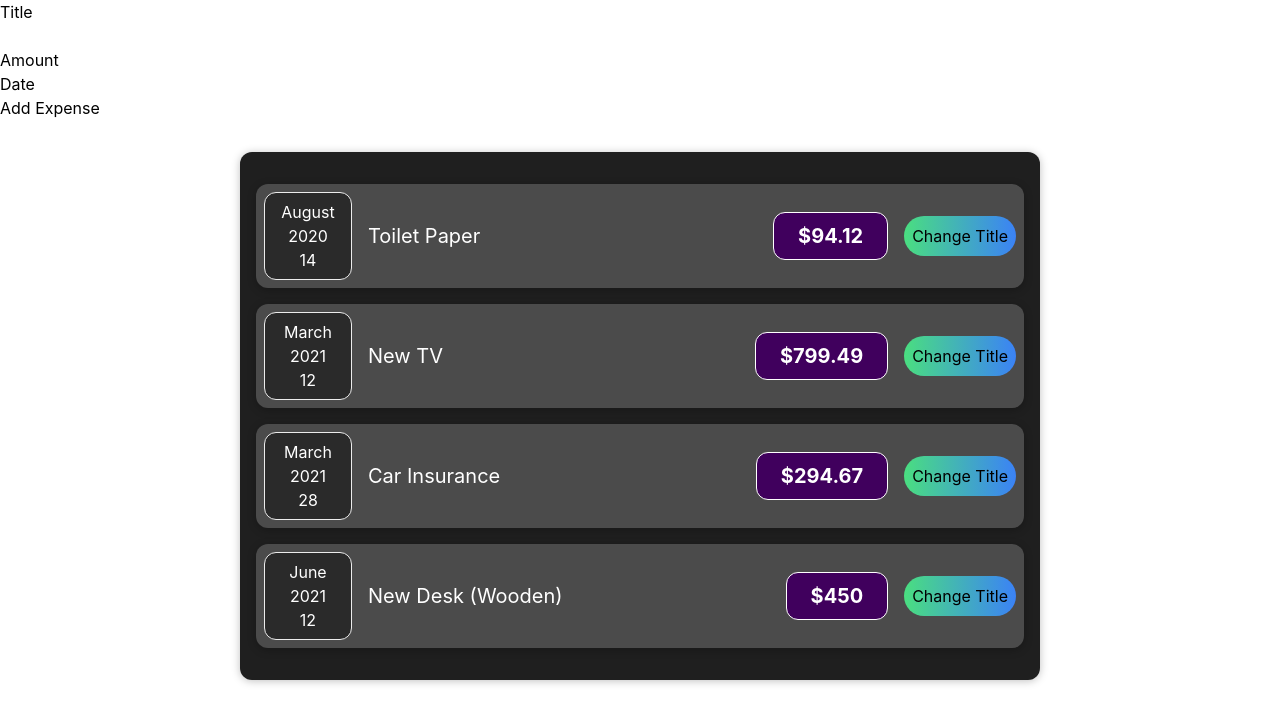
Repository: Sef24/expense-tracker
Page: /
An editor plug-in stored every save of this project. The page is shown before and after the next save, followed by the edit.
The browser window is 1280 px wide. The pictures show the whole page.
The project was rebuilt for these pictures with package versions that can differ from the ones it lists, and the page was loaded fresh each time. Also part of the build but not shown: src/components/NewExpense/NewExpense.css, src/components/NewExpense/ExpenseForm.css.

Above is the page before, as saved 2022-04-25 19:55:43.

### public/index.html
<!DOCTYPE html>
<html lang="en">
  <head>
    <meta charset="utf-8" />
    <link rel="icon" href="%PUBLIC_URL%/favicon.ico" />
    <meta name="viewport" content="width=device-width, initial-scale=1" />

    <meta
      name="description"
      content="Web site created using create-react-app"
    />
    <link rel="apple-touch-icon" href="%PUBLIC_URL%/logo192.png" />
    <!--
      manifest.json provides metadata used when your web app is installed on a
      user's mobile device or desktop. See https://developers.google.com/web/fundamentals/web-app-manifest/
    -->
    <link rel="manifest" href="%PUBLIC_URL%/manifest.json" />
    <!--
      Notice the use of %PUBLIC_URL% in the tags above.
      It will be replaced with the URL of the `public` folder during the build.
      Only files inside the `public` folder can be referenced from the HTML.

      Unlike "/favicon.ico" or "favicon.ico", "%PUBLIC_URL%/favicon.ico" will
      work correctly both with client-side routing and a non-root public URL.
      Learn how to configure a non-root public URL by running `npm run build`.
    -->
    <title>React App</title>
  </head>
  <body>
    <noscript>You need to enable JavaScript to run this app.</noscript>
    <div id="root"></div>
    <!--
      This HTML file is a template.
      If you open it directly in the browser, you will see an empty page.

      You can add webfonts, meta tags, or analytics to this file.
      The build step will place the bundled scripts into the <body> tag.

      To begin the development, run `npm start` or `yarn start`.
      To create a production bundle, use `npm run build` or `yarn build`.
    -->
  </body>
</html>

### src/App.js
import Expenses from "./components/Expenses";
import NewExpense from "./components/NewExpense/NewExpense";

function App() {
  const expenses = [
    {
      id: "e1",
      title: "Toilet Paper",
      amount: 94.12,
      date: new Date(2020, 7, 14),
    },
    { id: "e2", title: "New TV", amount: 799.49, date: new Date(2021, 2, 12) },
    {
      id: "e3",
      title: "Car Insurance",
      amount: 294.67,
      date: new Date(2021, 2, 28),
    },
    {
      id: "e4",
      title: "New Desk (Wooden)",
      amount: 450,
      date: new Date(2021, 5, 12),
    },
  ];
  return (
    <div>
      <NewExpense />
      <Expenses items={expenses} />
    </div>
  );
}

export default App;

### src/components/Expenses.js
import React from "react";
import ExpenseItem from "./ExpenseItem";
import "./Expenses.css";

function Expenses(props) {
  <h1 className=""> Hello</h1>;
  return (
    <div className="expenses">
      <ExpenseItem
        title={props.items[0].title}
        amount={props.items[0].amount}
        date={props.items[0].date}
      />

      <ExpenseItem
        title={props.items[1].title}
        amount={props.items[1].amount}
        date={props.items[1].date}
      />
      <ExpenseItem
        title={props.items[2].title}
        amount={props.items[2].amount}
        date={props.items[2].date}
      />
      <ExpenseItem
        title={props.items[3].title}
        amount={props.items[3].amount}
        date={props.items[3].date}
      />
    </div>
  );
}

export default Expenses;

### src/components/NewExpense/NewExpense.js
import React from "react";
import "./NewExpense.css";
import ExpenseForm from "./ExpenseForm";

function NewExpense() {
  return (
    <div>
      <ExpenseForm />
    </div>
  );
}

export default NewExpense;

### src/components/ExpenseItem.js
import React, { useState } from "react";
import "./ExpenseItem.css";
import ExpenseDate from "./ExpenseDate";

function ExpenseItem(props) {
  const [title, setTitle] = useState(props.title);

  const clickHandler = () => {
    setTitle("Updated");
    console.log(title);
  };

  return (
    <div className="expense-item ">
      <ExpenseDate date={props.date} />

      <div className="expense-item__description">
        <h2>{props.title}</h2>

        <div className="expense-item__price">${props.amount}</div>
      </div>
      <button
        className="p-2 ml-4 border-transparent rounded-full border-0
        bg-gradient-to-r from-green-400 to-blue-500
        hover:from-pink-500 hover:to-yellow-500 ...
        active:opacity-75"
        onClick={clickHandler}
      >
        Change Title
      </button>
    </div>
  );
}

export default ExpenseItem;

### src/components/NewExpense/ExpenseForm.js
import React, { useState } from "react";
import "./ExpenseForm.css";

function ExpenseForm() {
  return (
    <form>
      <div>
        <div>Title</div>
        <input type="text" />

        <div>Amount</div>

        <div>Date</div>
      </div>
      <div>
        <button>Add Expense</button>
      </div>
    </form>
  );
}

export default ExpenseForm;

### src/components/ExpenseItem.css
.expense-item {
  display: flex;
  justify-content: space-between;
  align-items: center;
  box-shadow: 0 2px 8px rgba(0, 0, 0, 0.25);
  padding: 0.5rem;
  margin: 1rem 0;
  border-radius: 12px;
  background-color: #4b4b4b;
}

.expense-item__description {
  display: flex;
  flex-direction: column;
  gap: 1rem;
  align-items: flex-end;
  flex-flow: column-reverse;
  justify-content: flex-start;
  flex: 1;
}

.expense-item h2 {
  color: #3a3a3a;
  font-size: 1rem;
  flex: 1;
  margin: 0 1rem;
  color: white;
}

.expense-item__price {
  font-size: 1rem;
  font-weight: bold;
  color: white;
  background-color: #40005d;
  border: 1px solid white;
  padding: 0.5rem;
  border-radius: 12px;
}

@media (min-width: 580px) {
  .expense-item__description {
    flex-direction: row;
    align-items: center;
    justify-content: flex-start;
    flex: 1;
  }

  .expense-item__description h2 {
    font-size: 1.25rem;
  }

  .expense-item__price {
    font-size: 1.25rem;
    padding: 0.5rem 1.5rem;
  }
}

### src/components/ExpenseDate.js
import React from "react";
import "./ExpenseDate.css";

function ExpenseDate(props) {
  const month = props.date.toLocaleString("en-US", { month: "long" });
  const day = props.date.getDate();
  const year = props.date.getFullYear();

  return (
    <div className="expense-date">
      <div className="expense__month">{month}</div>
      <div className="expense__year">{year}</div>
      <div className="expense__day">{day}</div>
    </div>
  );
}

export default ExpenseDate;

Loaded but not shown: src/index.js (common file); src/index.css (common file); src/components/Expenses.css (common file); src/components/ExpenseDate.css (common file); tailwind.config.js (common file)

After the next save:
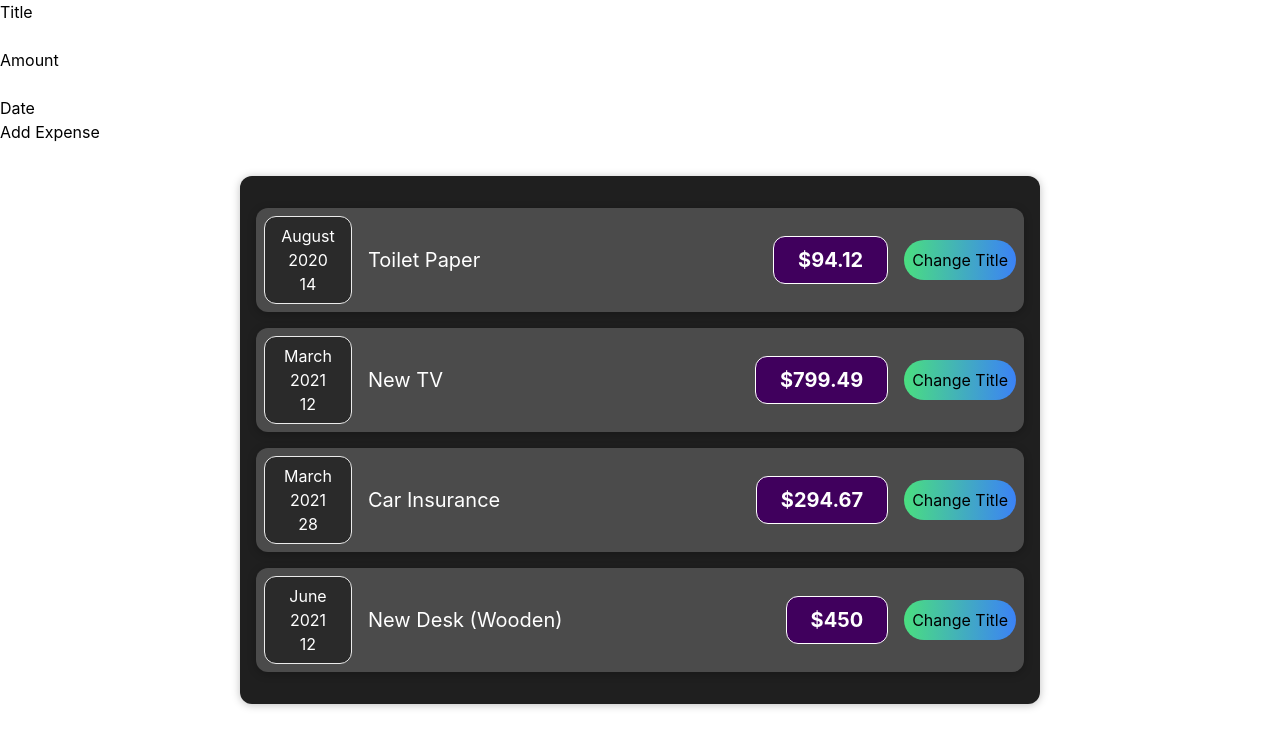
Saved 5 s later.
--- a/src/components/NewExpense/ExpenseForm.js
+++ b/src/components/NewExpense/ExpenseForm.js
@@ -9,6 +9,7 @@ function ExpenseForm() {
         <input type="text" />
 
         <div>Amount</div>
+        <input type="number" />
 
         <div>Date</div>
       </div>
